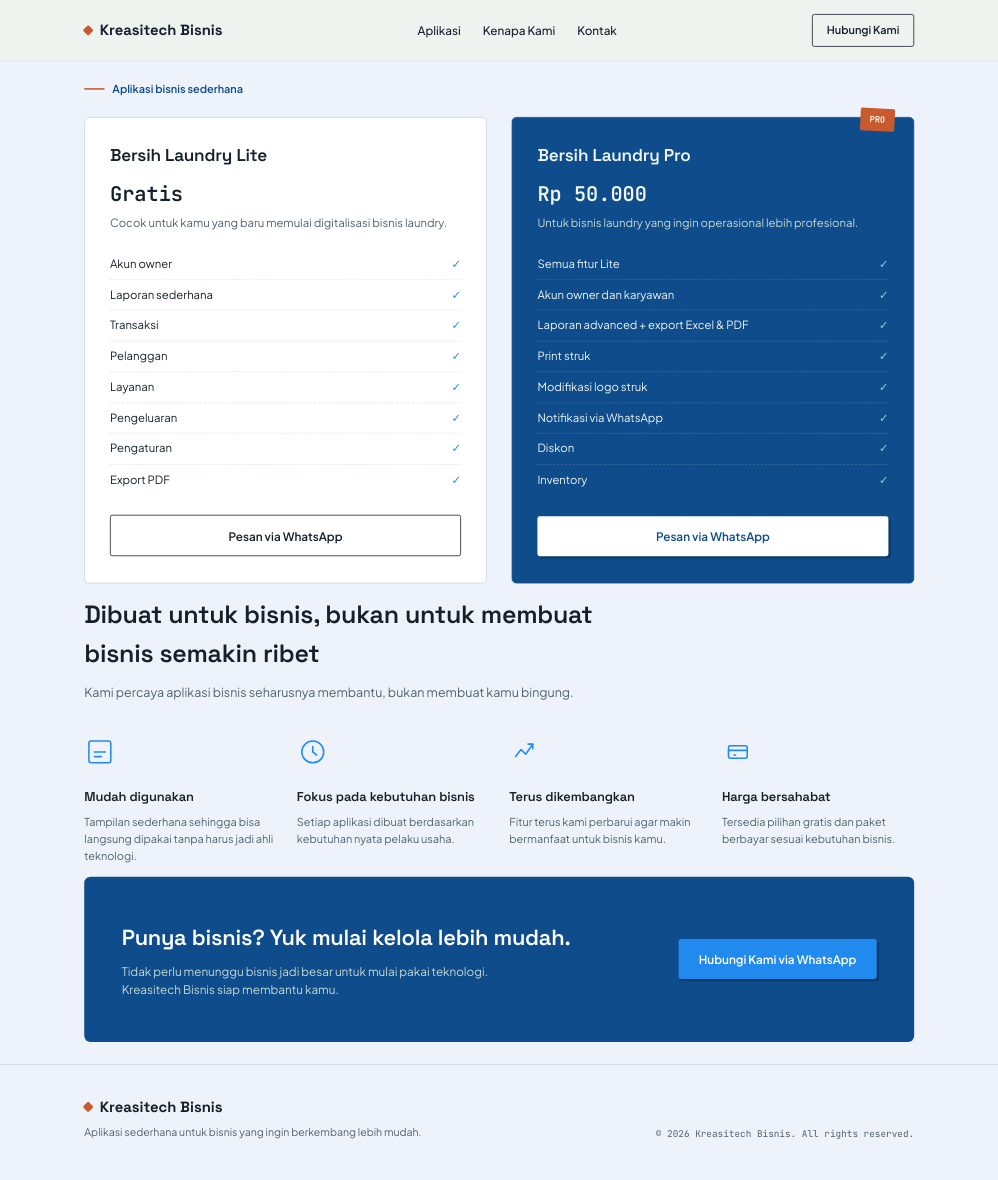
Repository: joao880hbhb/kreasitech
Page: produk/bersih-laundry.html
These files come from the project's save history. The page is drawn as it stood at one moment and after the next save; the edit follows.
The browser window is 1280 px wide. The pictures show the whole page, at 78% of full size.

Above is the page before, as saved 2026-09-14 21:39:20.

After the next save:
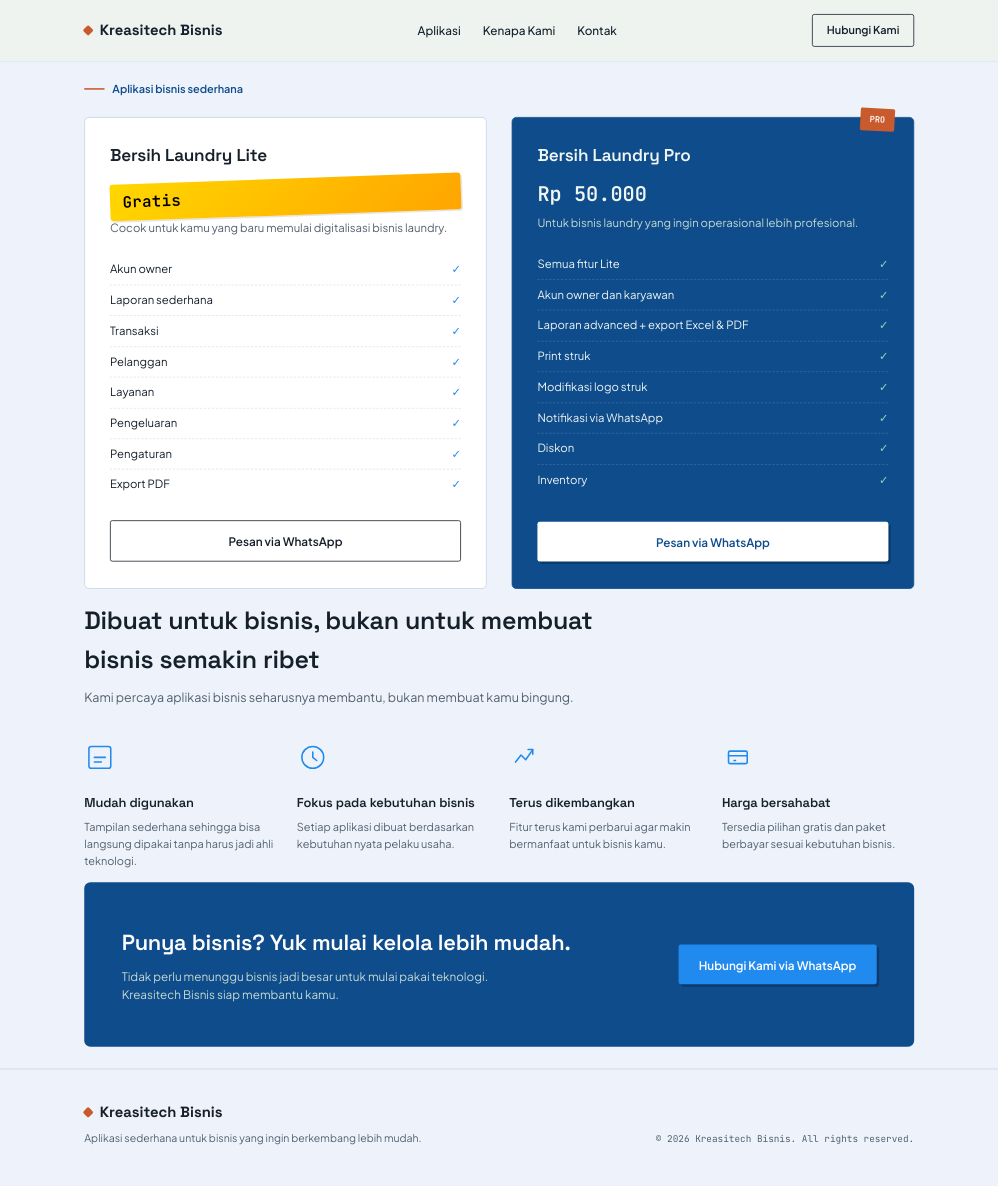
Saved 8 s later.
--- a/produk/bersih-laundry.html
+++ b/produk/bersih-laundry.html
@@ -304,7 +304,7 @@
     <div class="plans">
       <div class="plan">
         <h3>Bersih Laundry Lite</h3>
-        <div class="price">Gratis</div>
+        <div class="price free">Gratis</div>
         <p class="sub">Cocok untuk kamu yang baru memulai digitalisasi bisnis laundry.</p>
         <ul>
           <li><span class="name">Akun owner</span><span class="check">✓</span></li>
